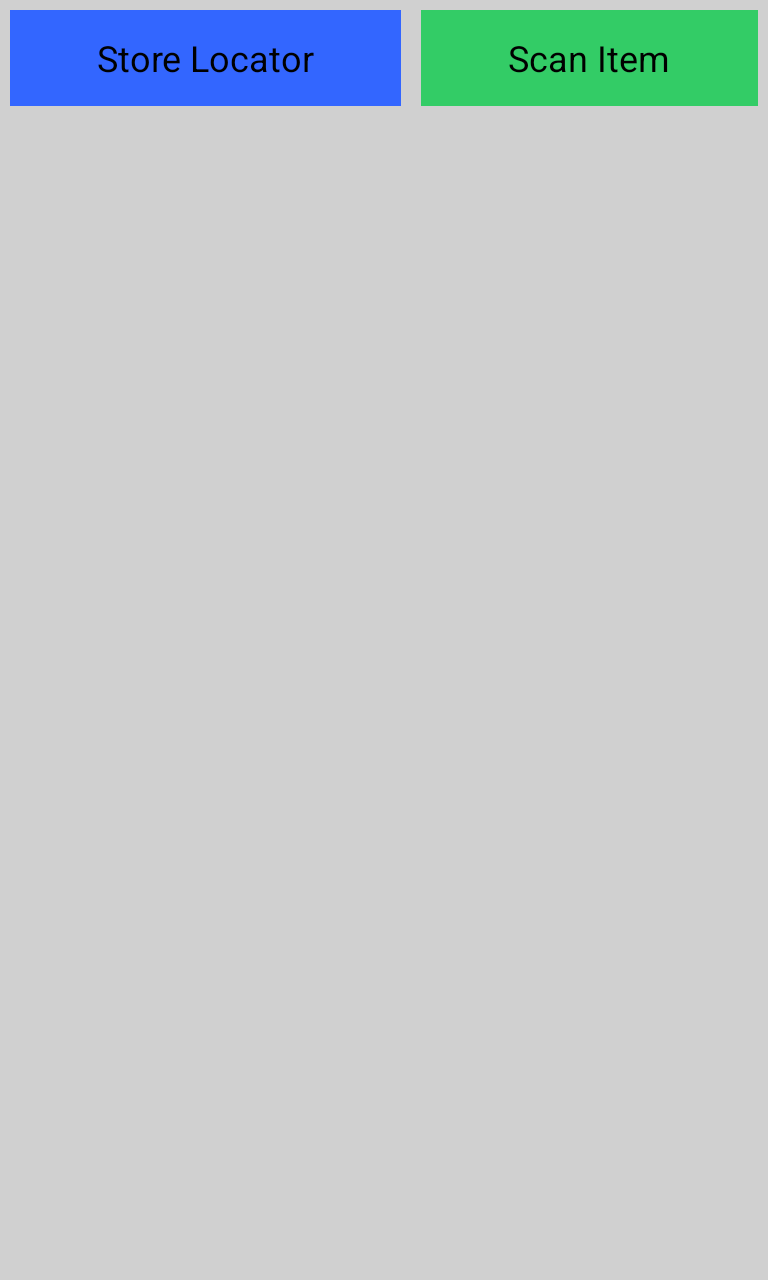
Repository: bvaardal/CTTC
Layout: eclipseAndroidADT2Workspace/HellowWorld/res/layout/activity_main.xml
These files come from the project's save history. The layout is drawn as it stood at one moment and after the next save; the edit follows.
It is drawn on a 768 x 1280 px phone screen (xhdpi) without system bars, with theme CustomActionBarTheme; the app's code is not run. Lists and similar views that code fills are empty. The app's manifest (not shown) leaves right-to-left support off. So textAlignment, textDirection and layoutDirection are ignored, and left and right values win over start and end ones.

Above is the layout before, as saved 2013-11-19 05:10:51.

After the next save:
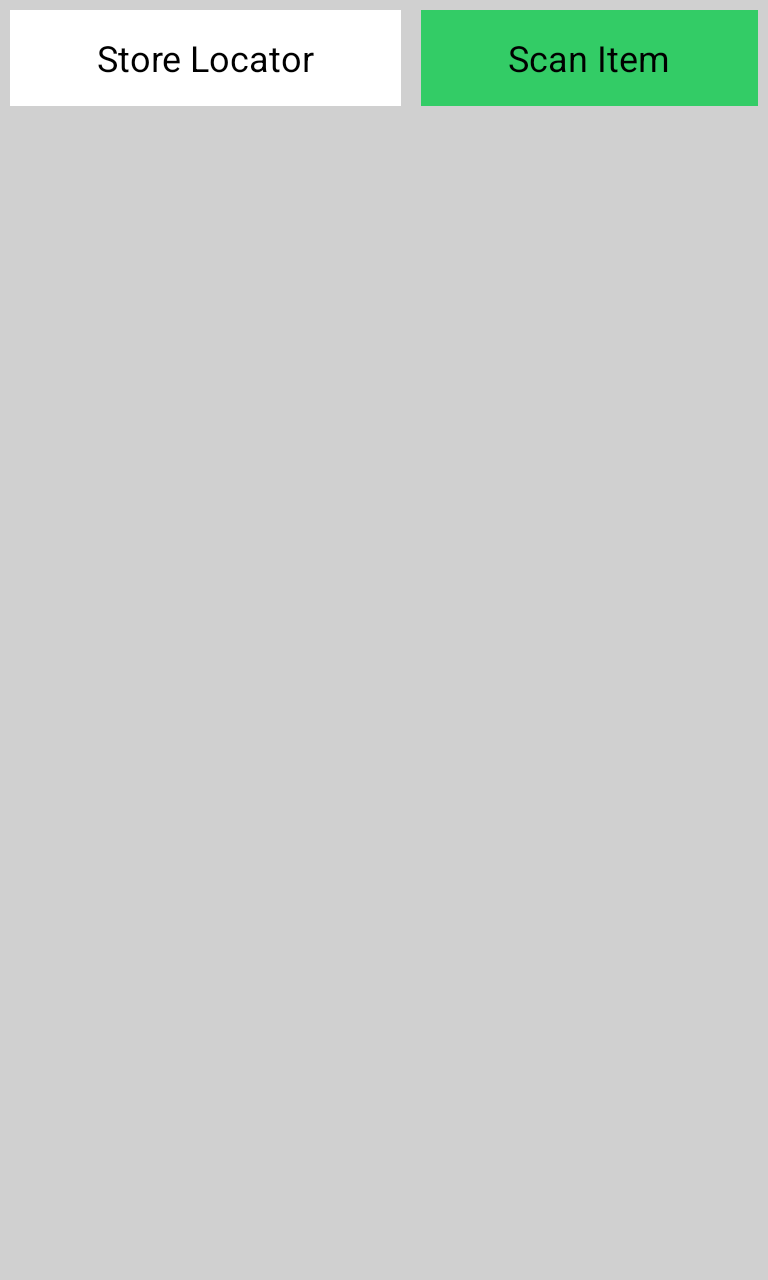
Saved 32 s later.
--- a/eclipseAndroidADT2Workspace/HellowWorld/res/layout/activity_main.xml
+++ b/eclipseAndroidADT2Workspace/HellowWorld/res/layout/activity_main.xml
@@ -31,7 +31,7 @@
      -->
     <Button
         android:id="@+id/button1"
-        android:background="#3366FF"
+        android:background="#FFF"
         android:layout_width="wrap_content"
         android:layout_height="wrap_content"
         android:text="Store Locator"
